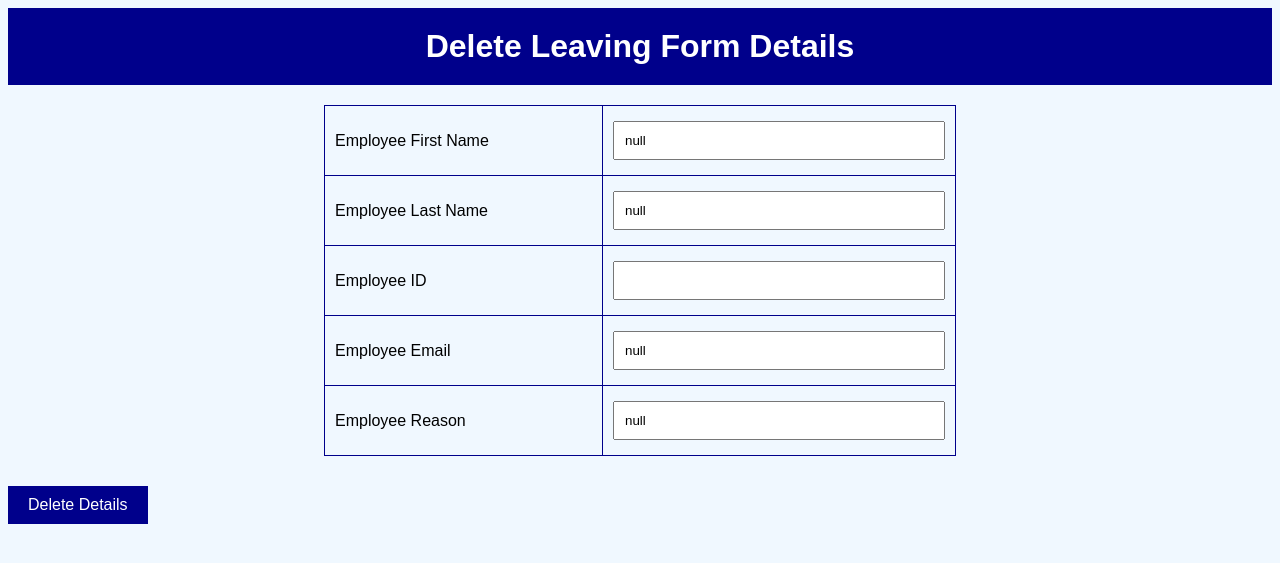
Repository: nishadi-s/Online-Staff-Management-System
Page: http://localhost/LeavingEmp/deleteEmp.jsp
An editor plug-in stored every save of this project. The page is shown before and after the next save, followed by the edit.
The browser window is 1280 px wide. The pictures show the whole page.
The page is served by Tomcat 9.

Above is the page before, as saved 2023-10-25 12:46:19.

After the next save:
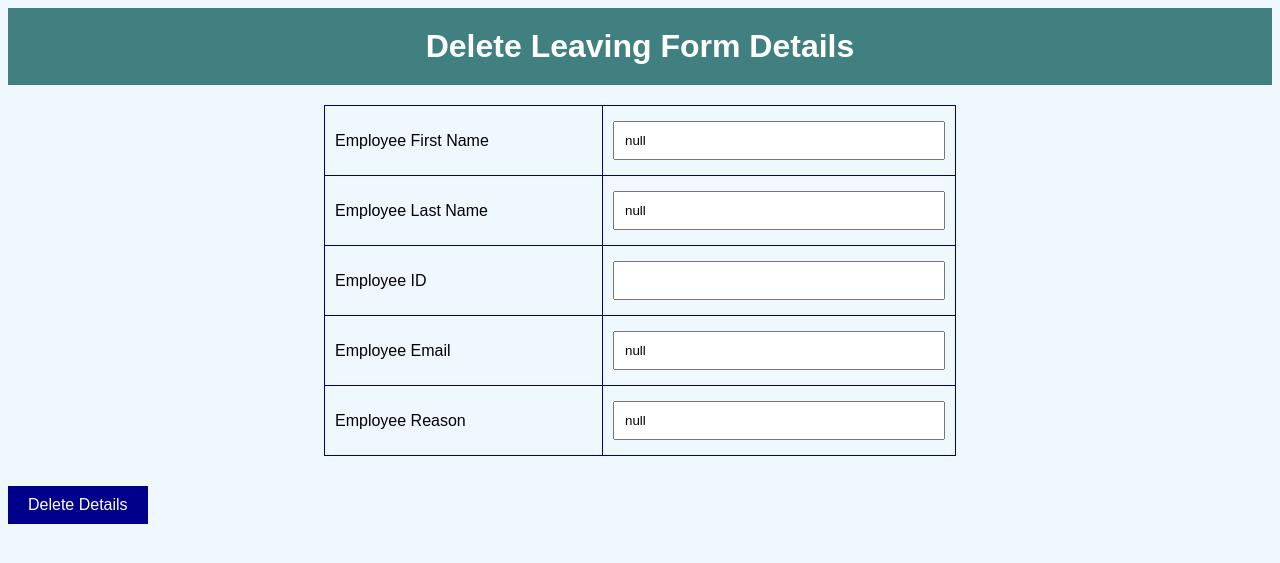
Saved 4 min 35 s later.
--- a/LeavingEmp/src/main/webapp/deleteEmp.css
+++ b/LeavingEmp/src/main/webapp/deleteEmp.css
@@ -8,7 +8,7 @@ body {
 
 .header {
     text-align: center;
-    background-color: #00008b; /* Dark Blue Header */
+    background-color: rgb(64, 128, 128); /* Dark Blue Header */
     color: #ffffff;
     padding: 20px;
 }
@@ -33,7 +33,7 @@ th, td {
 }
 
 th {
-    background-color: #00008b;
+    background-color: rgb(0, 128, 128);
     color: white;
 }
 
